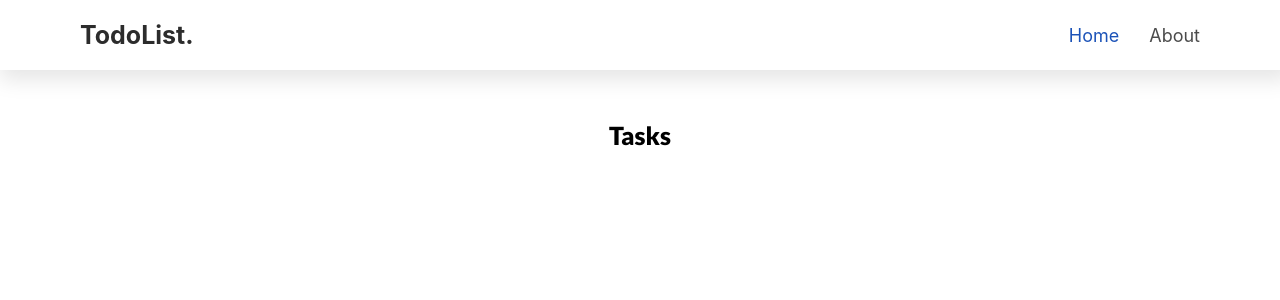
Repository: dqhuy153/react-todoList
Page: /
The author's editor kept a copy of each file at every save. The page is drawn from the files as they stood at one save, then again after the next save.
The browser window is 1280 px wide. The pictures show the whole page.
The project was rebuilt for these pictures with package versions that can differ from the ones it lists, and the page was loaded fresh each time. Also part of the build but not shown: src/components/UI/LoadingSpinner.module.scss.

Above is the page before, as saved 2021-09-16 19:35:36.

After the next save:
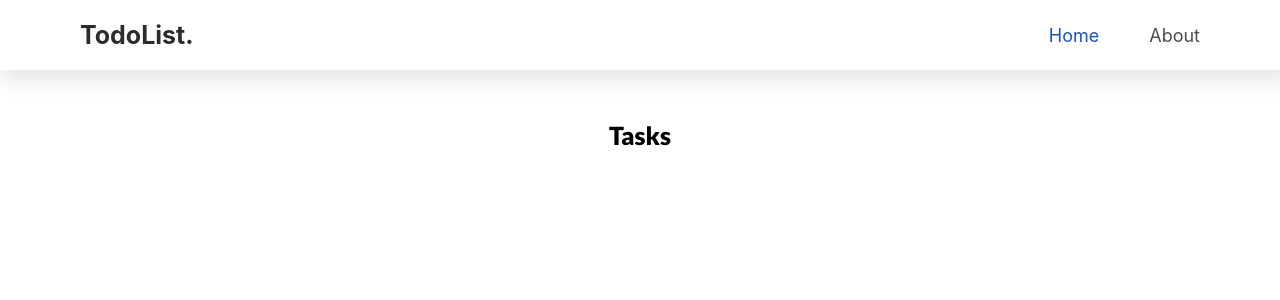
Saved 12 s later.
--- a/src/components/layout/AppNavigation.module.scss
+++ b/src/components/layout/AppNavigation.module.scss
@@ -24,7 +24,7 @@
 }
 
 .header li {
-  margin-left: 3rem;
+  margin-left: 5rem;
 }
 
 .header a {
